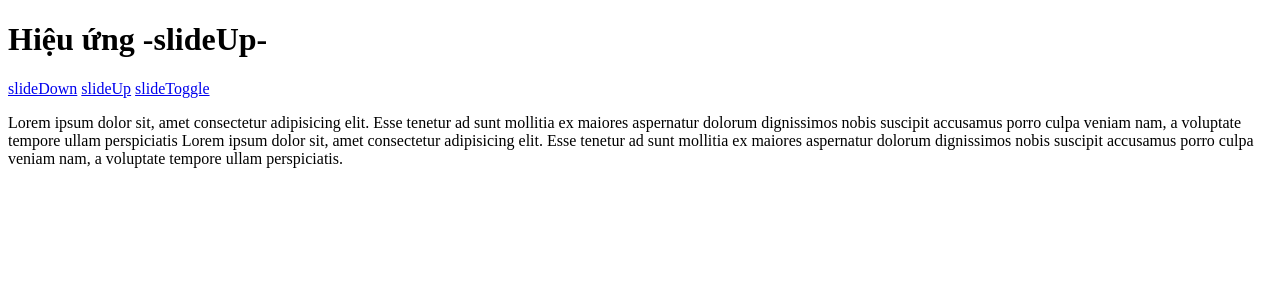
Repository: dinhhaidh/Hi-u-ng-slideDown-slideUp-slideToggle
Page: index.html
An editor plug-in stored every save of this project. The page is shown before and after the next save, followed by the edit.
The browser window is 1280 px wide. The pictures show the whole page.

Above is the page before, as saved 2024-03-25 09:58:19.

### index.html
<!DOCTYPE html>
<html lang="en">
<head>
    <meta charset="UTF-8">
    <meta name="viewport" content="width=device-width, initial-scale=1.0">
    <title>Hiệu ứng slide</title>
    <script type="text/javascript" src="./js/jquery-3.7.1.min.js"></script>
</head>
<body>
    <style type="text/css">
        #box{
            width: 400px;
            padding: 40px;
            background: #e74c3c;
            color: #fff;
            text-align: center;
            display: none;
        }
    </style>
    <script type="text/javascript">
        $(document).ready(function(){
            // ẩn phần tử theo hướng cuộn lên
            $("#effect-slideUp").click(function(){
                $("#box").slideUp(1000);
            });
            // hiện phần tử theo hướng cuộn xuống
            $("#effect-slideDown").click(function(){
                $("#box").slideDown(1000);
            });
            // cuộn lên, hoặc cuộn xuống theo trang thái
            $("#effect-slideToggle").click(function(){
                $("#box").slideToggle(1000);
            });
        });

    </script>
    <h1>Hiệu ứng -slideUp-</h1>
    <a href="#" id="effect-slideDown">slideDown</a>
    <a href="#" id="effect-slideUp">slideUp</a>
    <a href="#" id="effect-slideToggle">slideToggle</a>
    <div id="box">
        Box
    </div>
    <p>Lorem ipsum dolor sit, amet consectetur adipisicing elit. Esse tenetur ad sunt mollitia ex maiores aspernatur dolorum dignissimos nobis suscipit accusamus porro culpa veniam nam, a voluptate tempore ullam perspiciatis Lorem ipsum dolor sit, amet consectetur adipisicing elit. Esse tenetur ad sunt mollitia ex maiores aspernatur dolorum dignissimos nobis suscipit accusamus porro culpa veniam nam, a voluptate tempore ullam perspiciatis.</p>
</body>
</html>

Loaded but not shown: js/jquery-3.7.1.min.js (library)

After the next save:
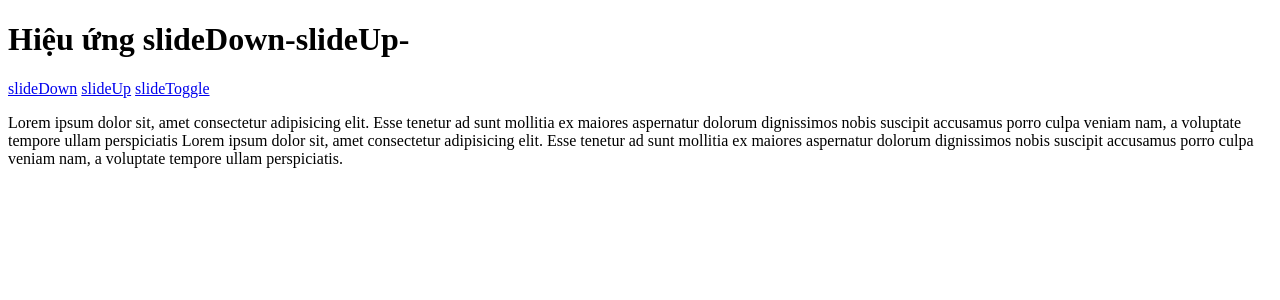
Saved 5 s later.
--- a/index.html
+++ b/index.html
@@ -34,7 +34,7 @@
         });
 
     </script>
-    <h1>Hiệu ứng -slideUp-</h1>
+    <h1>Hiệu ứng slideDown-slideUp-</h1>
     <a href="#" id="effect-slideDown">slideDown</a>
     <a href="#" id="effect-slideUp">slideUp</a>
     <a href="#" id="effect-slideToggle">slideToggle</a>
